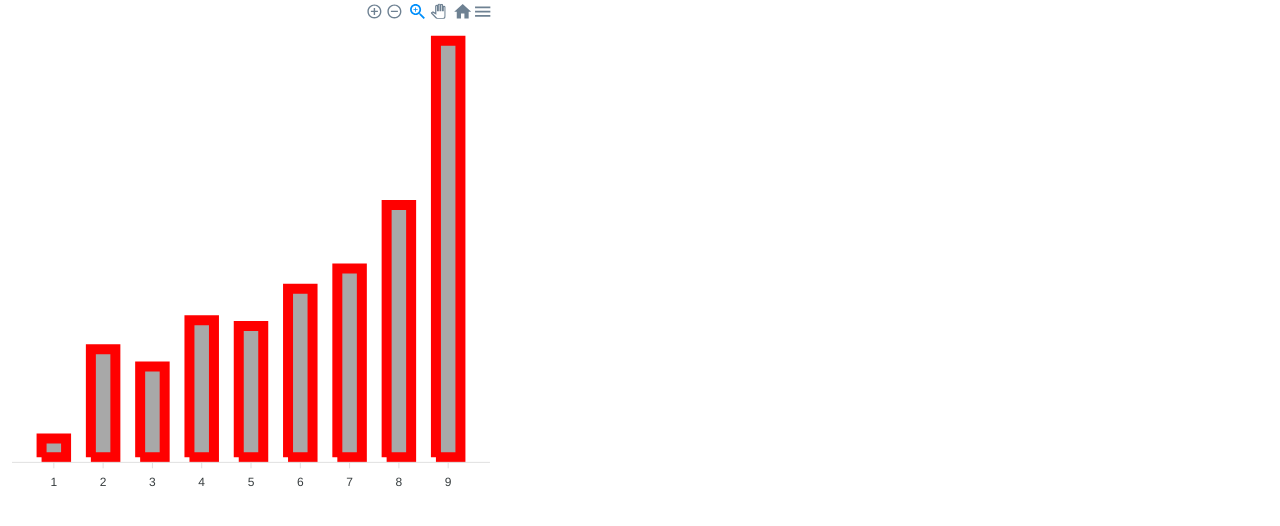
Repository: wanted-pre-onboarding-internship-1team/pre-onboarding-9th-3-1
Page: /
The author's editor kept a copy of each file at every save. The page is drawn from the files as they stood at one save, then again after a run of saves.
The browser window is 1280 px wide. The pictures show the whole page.
The project was rebuilt for these pictures with package versions that can differ from the ones it lists, and the page was loaded fresh each time.

Above is the page before, as saved 2023-03-14 16:47:48.

### public/index.html
<!DOCTYPE html>
<html lang="en">

<head>
  <meta charset="utf-8" />
  <link rel="icon" href="%PUBLIC_URL%/favicon.ico" />
  <meta name="viewport" content="width=device-width, initial-scale=1" />
  <meta name="theme-color" content="#000000" />


  <title>React App</title>
</head>

<body>

  <div id="root"></div>

</body>

</html>

### src/index.tsx
import App from './App';
import './index.css';
import React from 'react';
import ReactDOM from 'react-dom/client';
import { BrowserRouter } from 'react-router-dom';

const root = ReactDOM.createRoot(
  document.getElementById('root') as HTMLElement
);
root.render(
  <BrowserRouter>
    <App />
  </BrowserRouter>
);

### src/App.tsx
import Router from './router/router';
import { createGlobalStyle } from 'styled-components';
import reset from 'styled-reset';

const GlobalStyle = createGlobalStyle`
  ${reset}
`;

function App() {
  return (
    <>
      <GlobalStyle />
      <Router />
    </>
  );
}

export default App;

### src/router/router.tsx
import Mainpage from '../pages/Mainpage';
import React from 'react';
import { Route, Routes } from 'react-router-dom';

export default function router() {
  return (
    <Routes>
      <Route path='/' element={<Mainpage />} />
    </Routes>
  );
}

### src/pages/Mainpage.tsx
import React from 'react';
import ApexCharts from 'react-apexcharts';

export default function Mainpage() {
  return (
    <div>
      <ApexCharts
        height='500'
        width='500'
        series={[
          {
            name: 'Desktops',
            type: 'column',
            data: [10, 41, 35, 51, 49, 62, 69, 91, 148],
          },
        ]}
        options={{
          theme: {
            mode: 'light',
          },

          grid: { show: false },
          stroke: {
            curve: 'smooth',
            width: 10,
          },
          yaxis: {
            show: false,
          },

          colors: ['red'],
        }}
      />
    </div>
  );
}

Loaded but not shown: src/index.css (common file)

After the next 3 saves:
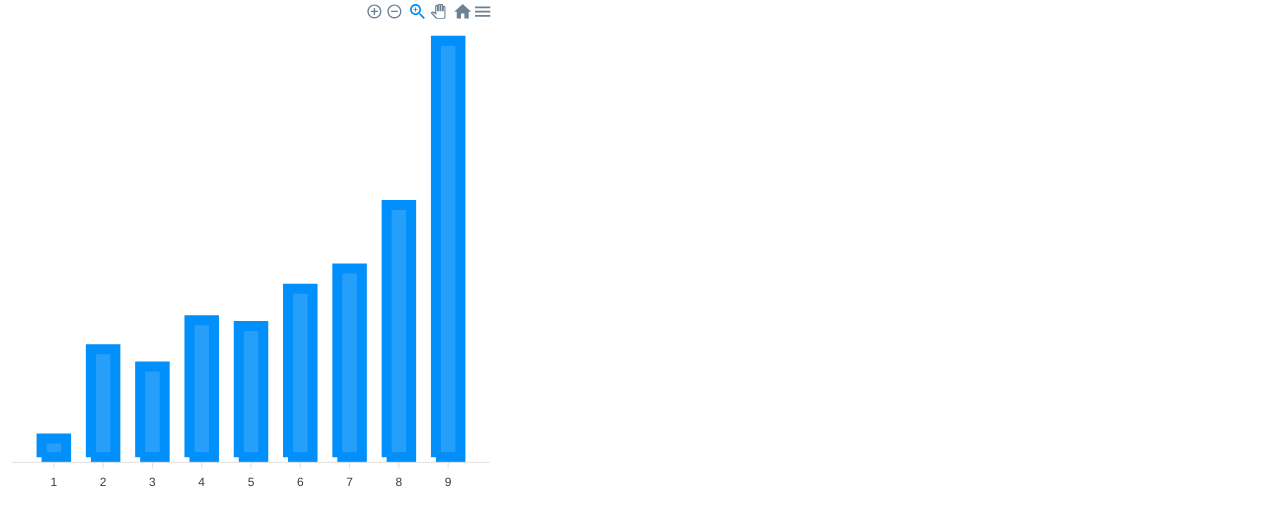
The 3 saves are shown as one change because they came seconds apart.
The last was saved 15 s later.
--- a/src/pages/Mainpage.tsx
+++ b/src/pages/Mainpage.tsx
@@ -27,8 +27,6 @@ export default function Mainpage() {
           yaxis: {
             show: false,
           },
-
-          colors: ['red'],
         }}
       />
     </div>
